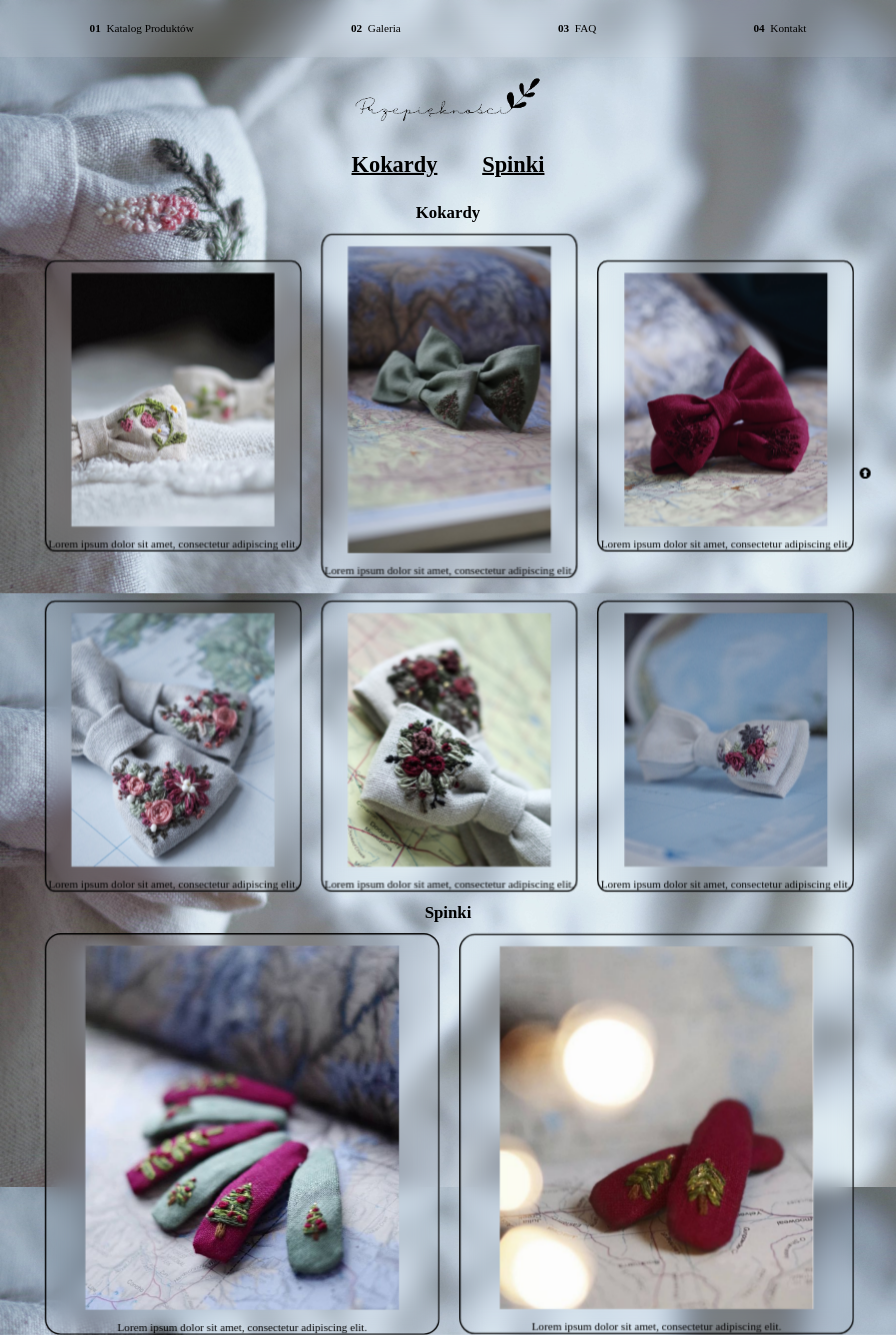
Repository: kowalkos/Rak_projekt
Page: /produkty
The author's editor kept a copy of each file at every save. The page is drawn from the files as they stood at one save, then again after the next save.
The browser window is 1280 px wide. The pictures show the whole page, at 70% of full size.
Backgrounds fixed to the window are drawn as part of the page. The project was rebuilt for these pictures with package versions that can differ from the ones it lists, and the page was loaded fresh each time. Also part of the build but not shown: src/components/galeria/Galeria.js, src/components/main/Main.js, src/components/FAQ/Faq.js, src/components/about/About.js.

Above is the page before, as saved 2022-01-16 18:38:17.

After the next save:
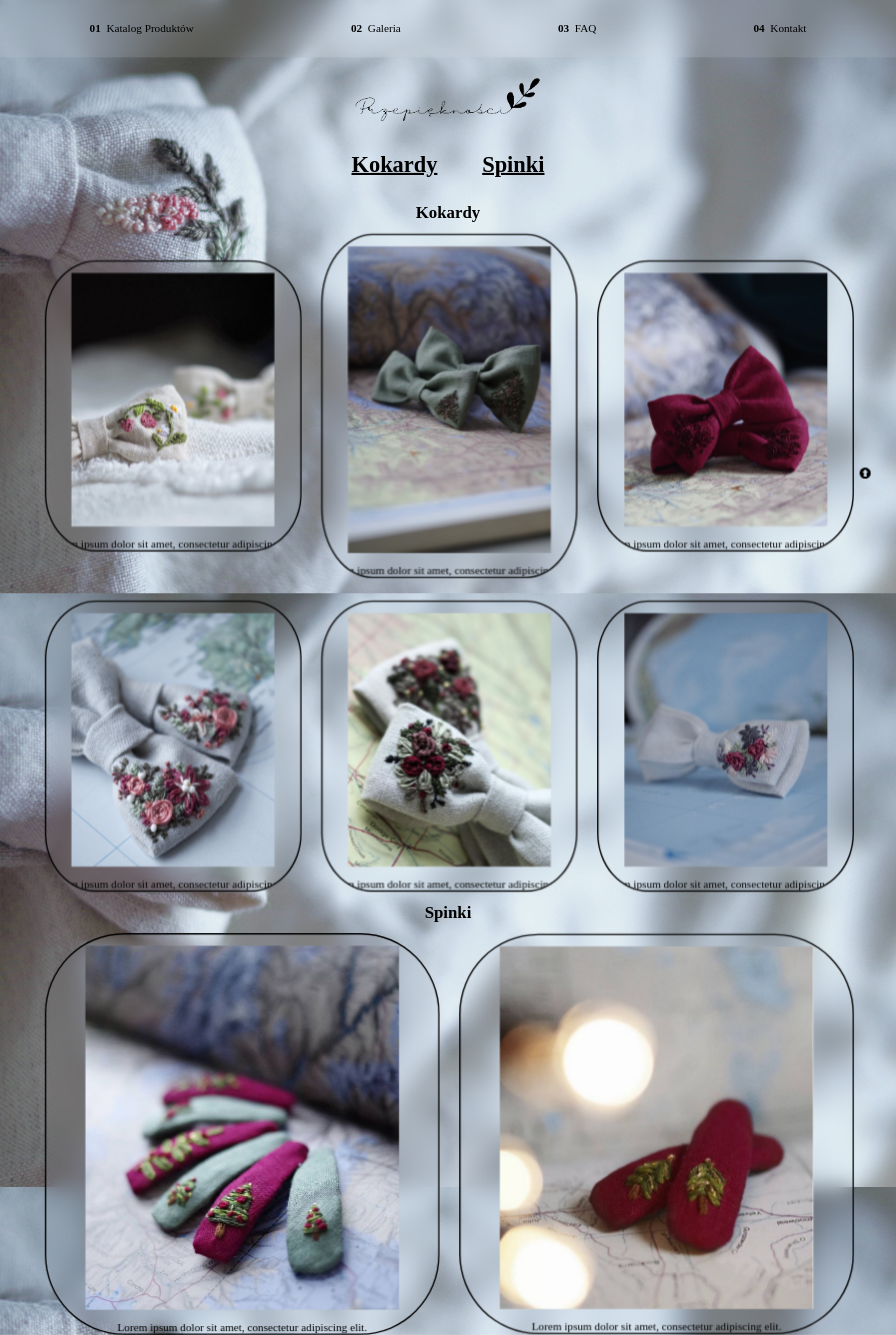
Saved 17 s later.
--- a/src/components/produkty/Produkt.css
+++ b/src/components/produkty/Produkt.css
@@ -20,7 +20,7 @@
         overflow: hidden;
         border: 2px solid black;
         border-collapse:initial;
-        border-radius: 4%;
+        border-radius: 20%;
 
 
 

After the save that followed:
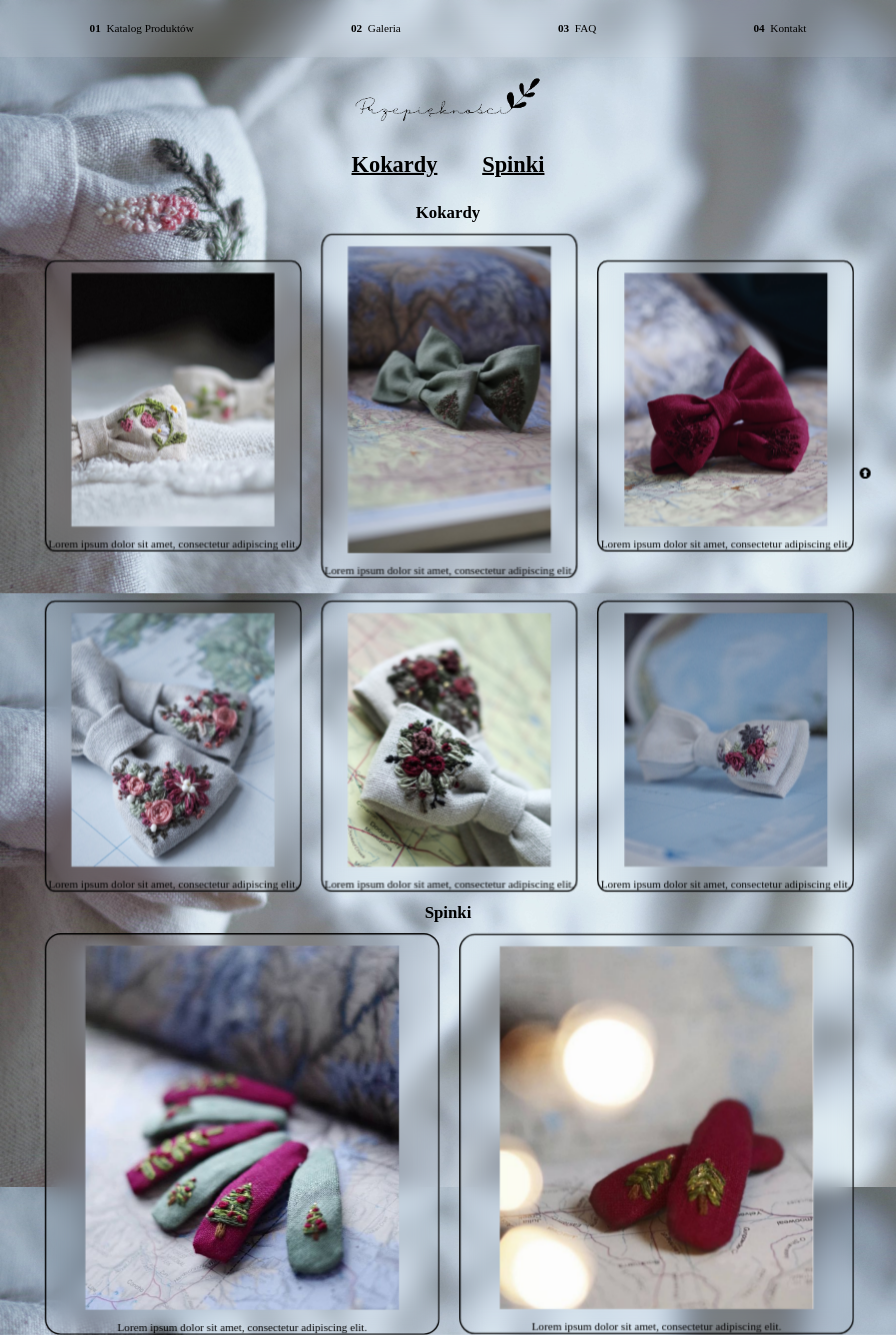
Saved 7 s later.
--- a/src/components/produkty/Produkt.css
+++ b/src/components/produkty/Produkt.css
@@ -20,7 +20,7 @@
         overflow: hidden;
         border: 2px solid black;
         border-collapse:initial;
-        border-radius: 20%;
+        border-radius: 4%;
 
 
 
